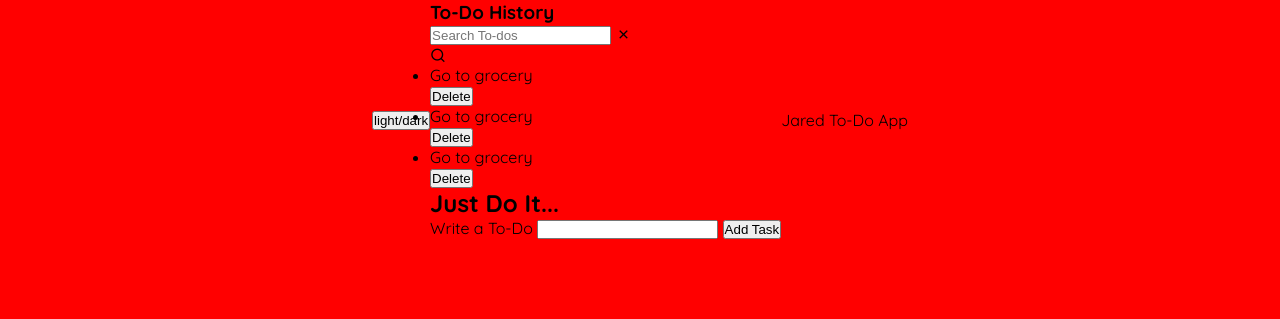
Repository: EguJaredoBoyd/Jared-ToDo-App
Page: main.html
These files come from the project's save history. The page is drawn as it stood at one moment and after the next save; the edit follows.
The browser window is 1280 px wide. The pictures show the whole page.
Some web libraries are served in a nearby version.

Above is the page before, as saved 2025-12-22 00:53:25.

After the next save:
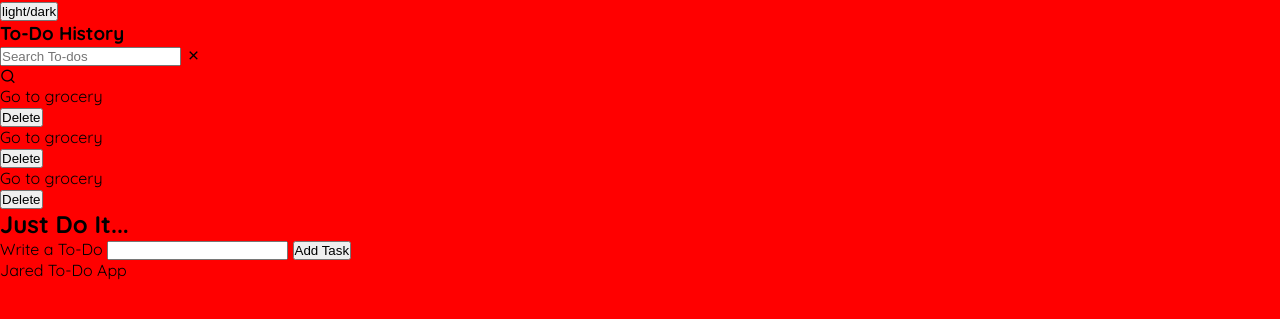
Saved 22 s later.
--- a/css/main.css
+++ b/css/main.css
@@ -25,9 +25,3 @@ body {
   font-family: "Quicksand", sans-serif;
   background-color: red;
 }
-
-.body__ToDo-wrapper {
-  display: flex;
-  justify-content: center;
-  align-items: center;
-}
